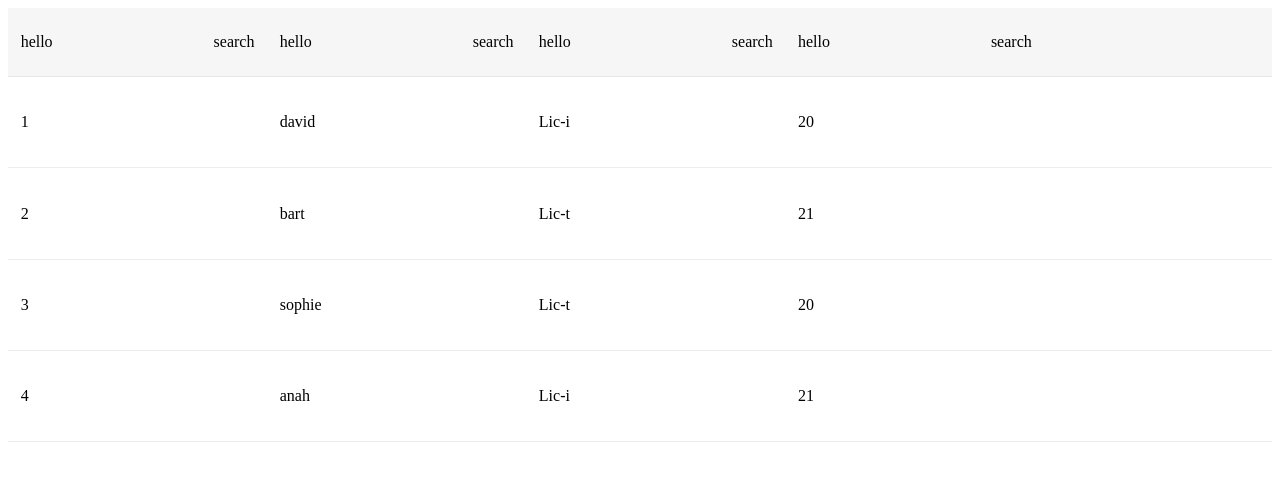
Repository: mrDav90/simple-htmlTable-generator
Page: index.html
These files come from the project's save history. The page is drawn as it stood at one moment and after the next save; the edit follows.
The browser window is 1280 px wide. The pictures show the whole page.

Above is the page before, as saved 2022-08-09 17:47:03.

After the next save:
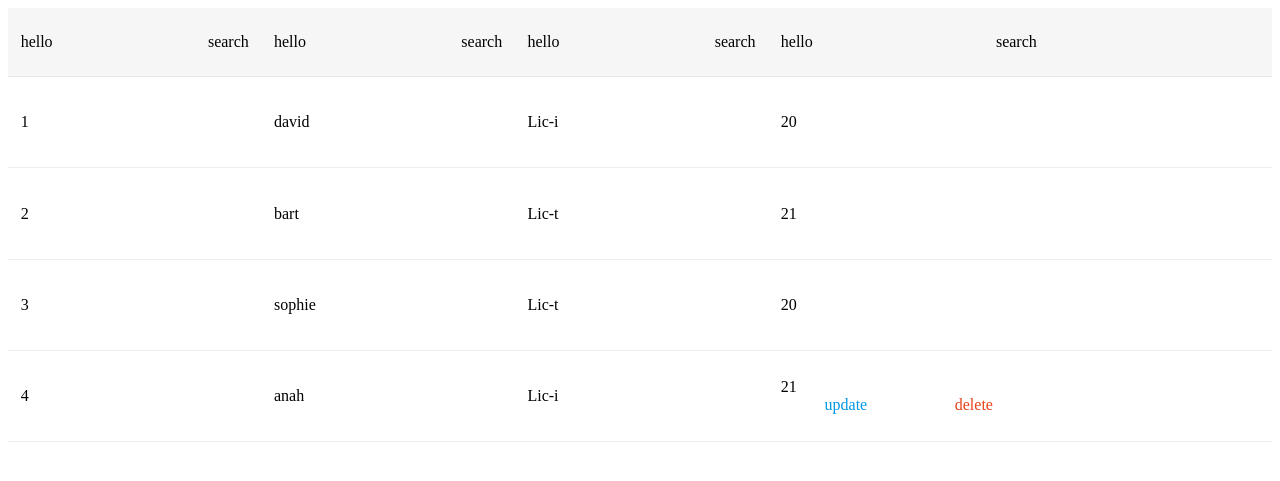
Saved 47 s later.
--- a/index.html
+++ b/index.html
@@ -89,6 +89,21 @@
                     }
 
                     if ((tableOptions) && (i === (rowCount-1))) {
+                        let optionContent = document.createElement("div");
+                        optionContent.classList = "optionContent";
+
+                        let editItem = document.createElement("div");
+                        editItem.classList = "edit"
+                        editItem.textContent = "update"
+
+                        let deleteItem = document.createElement("div");
+                        deleteItem.classList = "delete"
+                        deleteItem.textContent = "delete"
+
+                        optionContent.appendChild(editItem);
+                        optionContent.appendChild(deleteItem);
+                        td.appendChild(optionContent);
+                        tr.appendChild(td);
 
                     }
 

After the 4 saves that followed:
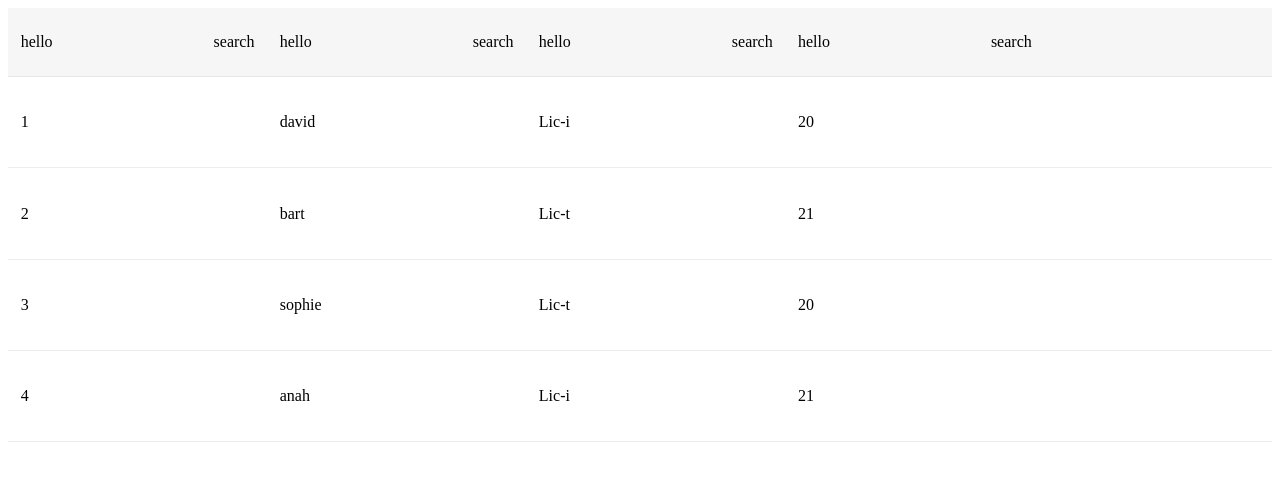
The 4 saves are shown as one change because 3 left the picture as it was.
The last was saved 2 min 39 s later.
--- a/index.html
+++ b/index.html
@@ -88,24 +88,11 @@
                         tr.appendChild(td);
                     }
 
-                    if ((tableOptions) && (i === (rowCount-1))) {
-                        let optionContent = document.createElement("div");
-                        optionContent.classList = "optionContent";
-
-                        let editItem = document.createElement("div");
-                        editItem.classList = "edit"
-                        editItem.textContent = "update"
-
-                        let deleteItem = document.createElement("div");
-                        deleteItem.classList = "delete"
-                        deleteItem.textContent = "delete"
-
-                        optionContent.appendChild(editItem);
-                        optionContent.appendChild(deleteItem);
-                        td.appendChild(optionContent);
-                        tr.appendChild(td);
-
-                    }
+                    if (tableOptions) {
+
+                    }
+
+
 
                     /*
 
